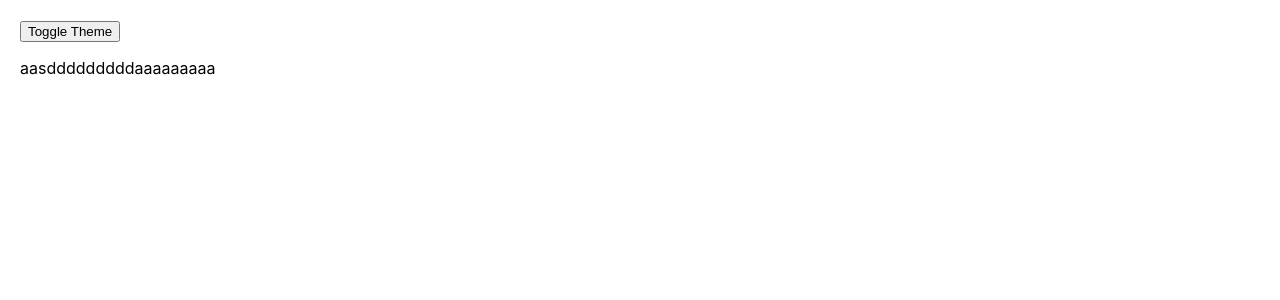
Repository: ducthanglinh/tiktok-clone
Page: /
An editor plug-in stored every save of this project. The page is shown before and after the next save, followed by the edit.
The browser window is 1280 px wide. The pictures show the whole page.
The project was rebuilt for these pictures with package versions that can differ from the ones it lists, and the page was loaded fresh each time.

Above is the page before, as saved 2022-09-30 21:04:22.

After the next save:
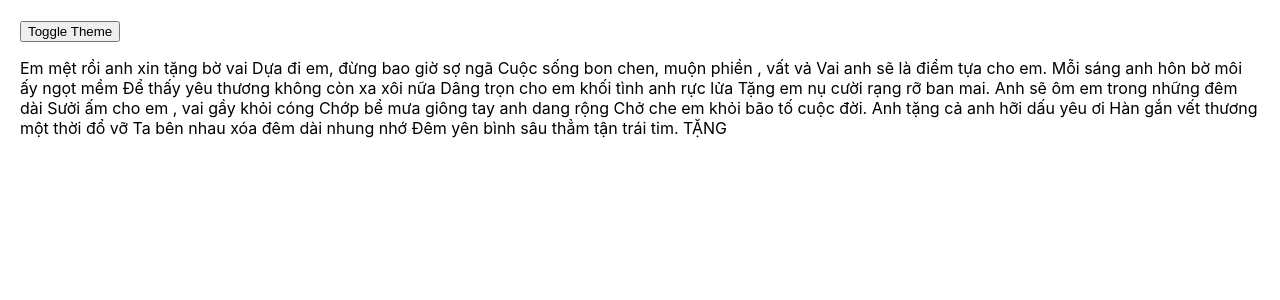
Saved 18 s later.
--- a/src/Paragraph.js
+++ b/src/Paragraph.js
@@ -1,4 +1,15 @@
 function Paragraph({ theme }) {
-  return <p>aasdddddddddaaaaaaaaa</p>;
+  return (
+    <p>
+      Em mệt rồi anh xin tặng bờ vai Dựa đi em, đừng bao giờ sợ ngã Cuộc sống
+      bon chen, muộn phiền , vất vả Vai anh sẽ là điểm tựa cho em. Mỗi sáng anh
+      hôn bờ môi ấy ngọt mềm Để thấy yêu thương không còn xa xôi nữa Dâng trọn
+      cho em khối tình anh rực lửa Tặng em nụ cười rạng rỡ ban mai. Anh sẽ ôm em
+      trong những đêm dài Sưởi ấm cho em , vai gầy khỏi cóng Chớp bể mưa giông
+      tay anh dang rộng Chở che em khỏi bão tố cuộc đời. Anh tặng cả anh hỡi dấu
+      yêu ơi Hàn gắn vết thương một thời đổ vỡ Ta bên nhau xóa đêm dài nhung nhớ
+      Đêm yên bình sâu thẳm tận trái tim. TẶNG
+    </p>
+  );
 }
 export default Paragraph;
